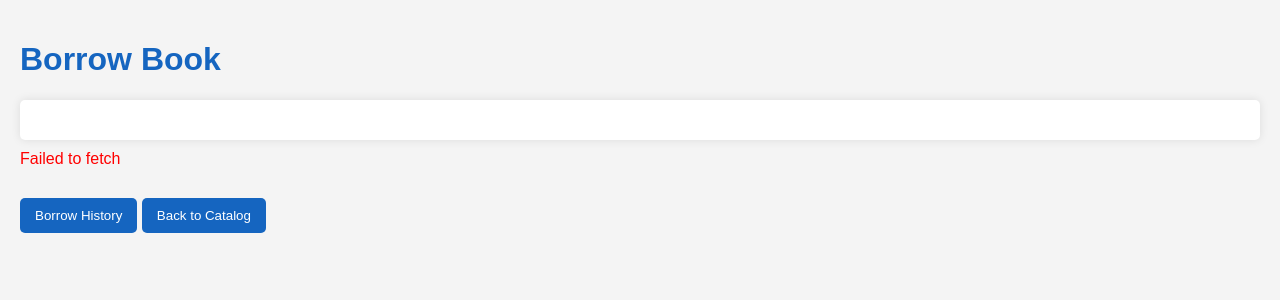
Repository: grebail/Comp-FYP
Page: public/user_borrow_copy_byQR.html
The author's editor kept a copy of each file at every save. The page is drawn from the files as they stood at one save, then again after the next save.
The browser window is 1280 px wide. The pictures show the whole page.
The page's requests for data from a server got no answer.

Above is the page before, as saved 2025-02-12 17:04:11.

### public/user_borrow_copy_byQR.html
<!DOCTYPE html>
<html lang="en">

<head>
    <meta charset="UTF-8">
    <meta name="viewport" content="width=device-width, initial-scale=1.0">
    <title>Borrow Book</title>
    <style>
        body {
            font-family: Arial, sans-serif;
            margin: 0;
            padding: 20px;
            background-color: #f4f4f4;
            color: #333;
        }

        h1 {
            color: #1565c0;
        }

        .book-details {
            background: white;
            padding: 20px;
            border-radius: 5px;
            box-shadow: 0 0 10px rgba(0, 0, 0, 0.1);
            margin-top: 20px;
        }

        .error-message {
            color: red;
            margin-top: 10px;
        }

        .success-message {
            color: green;
            margin-top: 10px;
        }

        .book-cover {
            max-width: 200px;
            margin-bottom: 10px;
        }

        button {
            margin-top: 20px;
            padding: 10px 15px;
            background-color: #1565c0;
            color: white;
            border: none;
            border-radius: 5px;
            cursor: pointer;
        }

        button:hover {
            background-color: #0d47a1;
        }
    </style>
</head>

<body>

    <h1>Borrow Book</h1>
    <div id="bookDetails" class="book-details"></div>
    <div id="errorMessage" class="error-message"></div>
    <div id="successMessage" class="success-message"></div>
    <button id="BorrowHistoryButton">Borrow History</button>
    <button id="backToCatalogButton">Back to Catalog</button>

    <script>
        function getQueryParam(param) {
            const urlParams = new URLSearchParams(window.location.search);
            return urlParams.get(param);
        }

        const params = new URLSearchParams(window.location.search);
        const isbn = params.get('isbn');
        const userId = params.get('userid');
        const copies = params.get('copies')?.split(',') || params.get('copyId')?.split(',');
        const userToken = getQueryParam('token') || localStorage.getItem('token');

        console.log('userId:', userId);
        console.log('ISBN:', isbn);
        console.log('Selected Copies:', copies);
        console.log('User Token:', userToken);

        function displaySuccess(message) {
            document.getElementById('successMessage').innerText = message;
        }

        function displayError(message) {
            document.getElementById('errorMessage').innerText = message;
        }

        function displayBookDetails(book) {
            const html = `
                <img src="${book.coverImage}" alt="${book.title} cover" class="book-cover">
                <h2>Book Details</h2>
                <div><strong>Title:</strong> ${book.title}</div>
                <div><strong>Author(s):</strong> ${book.authors.join(', ')}</div>
                <div><strong>Publisher:</strong> ${book.publisher}</div>
                <div><strong>Published Date:</strong> ${book.publishedDate}</div>
                <div><strong>ISBN:</strong> ${isbn}</div>
            `;
            document.getElementById('bookDetails').innerHTML = html;
        }

        function displayBorrowedDetails(borrowedCopies) {
            const html = `
                <h3>Borrowed Copies</h3>
                <ul>
                    ${borrowedCopies.map(copy => `
                        <li>
                            <strong>Copy ID:</strong> ${copy.copyId} |
                            <strong>Due Date:</strong> ${new Date(copy.dueDate).toLocaleDateString()}
                        </li>`).join('')}
                </ul>
            `;
            document.getElementById('bookDetails').insertAdjacentHTML('beforeend', html);
        }

        async function borrowSelectedCopies() {
            try {
                const response = await fetch(`/api/books/copy_borrow`, {
                    method: 'POST',
                    headers: {
                        'Content-Type': 'application/json',
                        'Authorization': `Bearer ${userToken}`
                    },
                    body: JSON.stringify({ userid: userId, isbn, copyId: copies }) // Use correct parameter name
                });

                const data = await response.json();

                if (!response.ok || data.error) {
                    throw new Error(data.error || 'Failed to borrow copies.');
                }

                // Use the response to display success and borrowed details
                displaySuccess(data.message || 'Copies borrowed successfully!');
                displayBorrowedDetails(data.borrowedCopies);

                // Redirect to the provided URL
                if (data.redirectUrl) {
                    window.location.href = data.redirectUrl;
                }
            } catch (error) {
                displayError(error.message || 'Failed to borrow copies. Please try again.');
            }
        }

        // Ensure the `copyId` is included in the `copies` parameter
        if (!copies || copies.length === 0) {
            const copyId = params.get('copyId');
            if (copyId) {
                copies = [copyId];
            }
        }
        async function fetchBookDetails() {
            try {
                if (!isbn) {
                    throw new Error('No ISBN provided.');
                }

                const response = await fetch(`/api/books/isbn/${isbn}`);
                if (!response.ok) {
                    throw new Error('Book not found by ISBN.');
                }

                const book = await response.json();
                displayBookDetails(book);
            } catch (error) {
                displayError(error.message);
            }
        }

        document.getElementById('backToCatalogButton').addEventListener('click', () => {
            window.location.href = `user-books-catalog.html?userid=${userId}&token=${userToken}`;
        });

        document.getElementById('BorrowHistoryButton').addEventListener('click', () => {
            window.location.href = `user_borrow_history.html?userid=${userId}`;
        });

        window.onload = async () => {
            await fetchBookDetails();
            await borrowSelectedCopies();
        };
    </script>

</body>

</html>

After the next save:
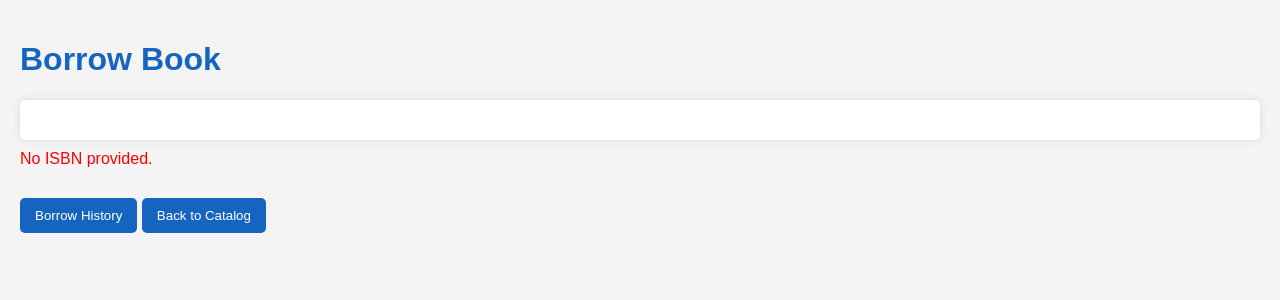
Console error: ReferenceError: borrowSelectedCopies is not defined
Saved 53 s later.
--- a/public/user_borrow_copy_byQR.html
+++ b/public/user_borrow_copy_byQR.html
@@ -118,43 +118,7 @@
             document.getElementById('bookDetails').insertAdjacentHTML('beforeend', html);
         }
 
-        async function borrowSelectedCopies() {
-            try {
-                const response = await fetch(`/api/books/copy_borrow`, {
-                    method: 'POST',
-                    headers: {
-                        'Content-Type': 'application/json',
-                        'Authorization': `Bearer ${userToken}`
-                    },
-                    body: JSON.stringify({ userid: userId, isbn, copyId: copies }) // Use correct parameter name
-                });
 
-                const data = await response.json();
-
-                if (!response.ok || data.error) {
-                    throw new Error(data.error || 'Failed to borrow copies.');
-                }
-
-                // Use the response to display success and borrowed details
-                displaySuccess(data.message || 'Copies borrowed successfully!');
-                displayBorrowedDetails(data.borrowedCopies);
-
-                // Redirect to the provided URL
-                if (data.redirectUrl) {
-                    window.location.href = data.redirectUrl;
-                }
-            } catch (error) {
-                displayError(error.message || 'Failed to borrow copies. Please try again.');
-            }
-        }
-
-        // Ensure the `copyId` is included in the `copies` parameter
-        if (!copies || copies.length === 0) {
-            const copyId = params.get('copyId');
-            if (copyId) {
-                copies = [copyId];
-            }
-        }
         async function fetchBookDetails() {
             try {
                 if (!isbn) {

After the 2 saves that followed:
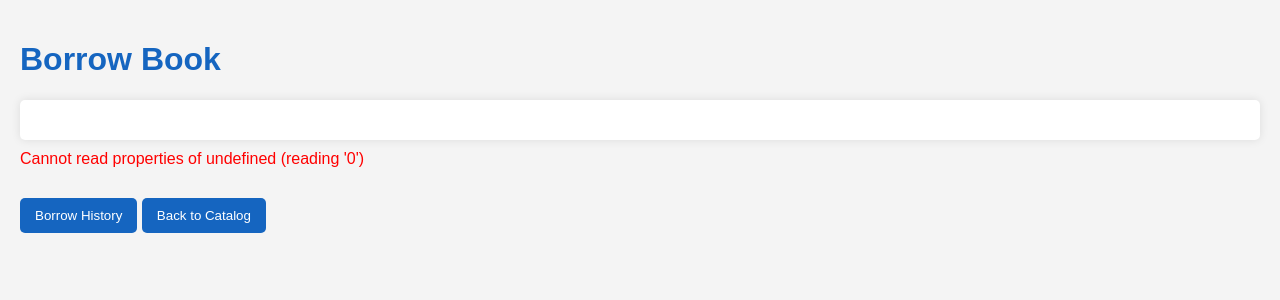
The error is gone.
The 2 saves are shown as one change because they came seconds apart.
The last was saved 7 s later.
--- a/public/user_borrow_copy_byQR.html
+++ b/public/user_borrow_copy_byQR.html
@@ -118,6 +118,37 @@
             document.getElementById('bookDetails').insertAdjacentHTML('beforeend', html);
         }
 
+        async function borrowSelectedCopies() {
+            try {
+                const response = await fetch(`/api/books/copy_borrow`, {
+                    method: 'POST',
+                    headers: {
+                        'Content-Type': 'application/json',
+                        'Authorization': `Bearer ${userToken}`
+                    },
+                    body: JSON.stringify({
+                        userid: userId,
+                        isbn,
+                        copyId: copies[0], // Use the first `copyId` from the array
+                    })
+                });
+
+                const data = await response.json();
+
+                if (!response.ok || data.error) {
+                    throw new Error(data.error || 'Failed to borrow copies.');
+                }
+
+                displaySuccess(data.message || 'Copies borrowed successfully!');
+                displayBorrowedDetails(data.borrowedCopies);
+
+                if (data.redirectUrl) {
+                    window.location.href = data.redirectUrl;
+                }
+            } catch (error) {
+                displayError(error.message || 'Failed to borrow copies. Please try again.');
+            }
+        }
 
         async function fetchBookDetails() {
             try {
